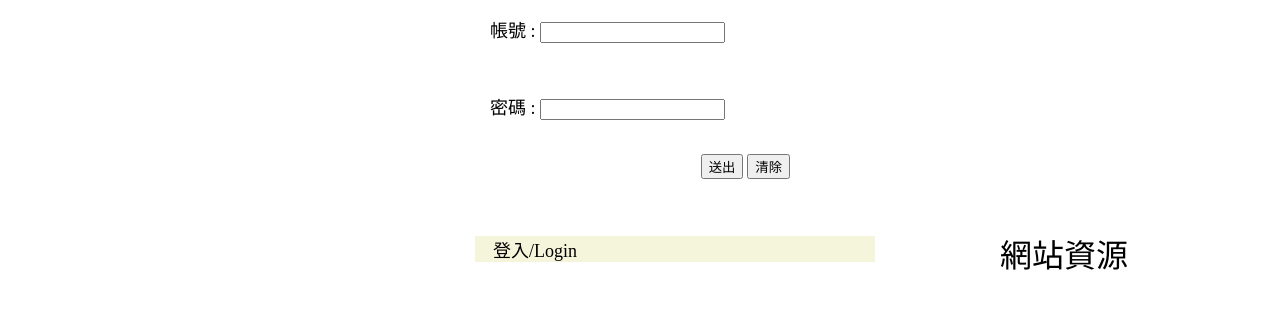
Repository: 107368009jungchengtsai/health
Page: http://localhost/login_demo/login.jsp
An editor plug-in stored every save of this project. The page is shown before and after the next save, followed by the edit.
The browser window is 1280 px wide. The pictures show the whole page.
The page is served by Tomcat 9. Other server files are loaded and not shown.

Above is the page before, as saved 2019-12-19 17:29:35.

### Final_project_2/workspace/login_demo/WebContent/login.jsp
<%@ page language="java" contentType="text/html; charset=BIG5"
    pageEncoding="BIG5"%>
<!DOCTYPE html PUBLIC "-//W3C//DTD HTML 4.01 Transitional//EN" "http://www.w3.org/TR/html4/loose.dtd">
<html>
<head>
<meta http-equiv="Content-Type" content="text/html; charset=BIG5">
<title>Login Page</title>
</head>
<body>
<div id="loginpage" class="show"
			style="margin: 0px auto; height: 300px; width: 1200px">

			<div id="loginpage" style="margin: 0px auto;width:300px;height:100px;">

			<FORM action="UserInfoServlet" method=post name=FORM1>
				<span style="margin: 0px auto;">
					<P>
						<font size='4' face=標楷體  style="background-color:#f5f5dc;height:26px;width:400px;position: absolute; left:475px; top: 236px;">&nbsp;&nbsp;&nbsp;&nbsp;登入/Login</font>
					</P>
					<!--
					<div onchange="courseChange()" >
						<font face=標楷體 size='4' style="position: absolute; left:525px; top: 280px;">課程名稱 : </font>
						<select id="selectCourseName" name="selectCourseName" style="width: 10%;position: absolute; left:620px; top: 283px;" >
						<%
						//for(int i = 0;i < courseList.size();i ++)
						//{
						//	if(i == 0)
						//	{
						%>
							<option value="<%/*=courseList.get(i)*/ %>" selected="true"><%/*=courseList.get(i)*/ %></option>
						<%
						//	}
						//	else
						//	{
						%>
							<option value="<%/*=courseList.get(i)*/ %>"><%/*=courseList.get(i)*/ %></option>
						<%
						//	}
						//}
						%>
						</select>

					</div>
					 -->
					<P>
						<font face=標楷體 size='4'>帳號 : </font> <INPUT type=text name=userIDText value="">
					</P>
					<BR />
					<P>
						<font face=標楷體 size='4'>密碼 : </font><INPUT type=password name=userPassText value="">
					</P>
					<BR />
				</span>
				<span style="float: right;">
				<INPUT type="submit" value="送出"
					name=button1 onClick="checkNameAndPassIsEmptyOrNot()" /> <INPUT
					type="reset" value="清除" name=reset1 />
				</span>
			</FORM>
			</div>
		<font size='6' face=標楷體 style="position: absolute; top:230px;left: 1000px;">網站資源</font>



		</div>
</body>
</html>

After the next save:
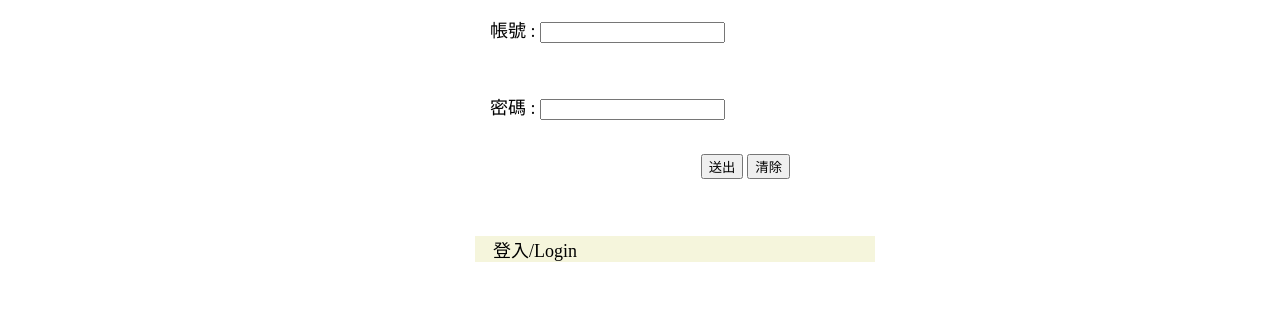
Saved 37 s later.
--- a/Final_project_2/workspace/login_demo/WebContent/login.jsp
+++ b/Final_project_2/workspace/login_demo/WebContent/login.jsp
@@ -58,7 +58,6 @@
 				</span>
 			</FORM>
 			</div>
-		<font size='6' face=標楷體 style="position: absolute; top:230px;left: 1000px;">網站資源</font>
 
 
 
